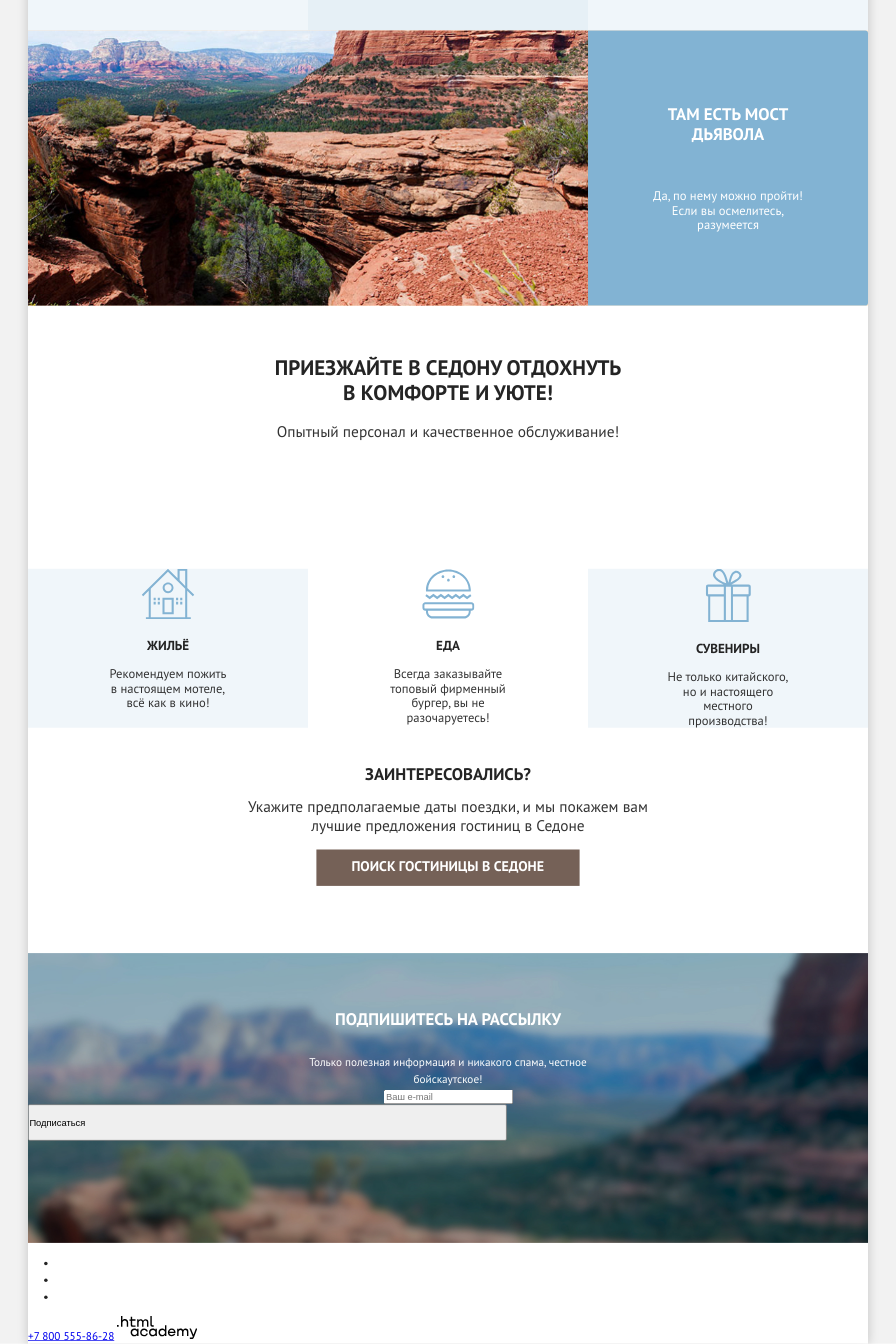
Repository: zakhgagne/2512253-sedona-1
Page: index.html
The author's editor kept a copy of each file at every save. The page is drawn from the files as they stood at one save, then again after the next save.
The browser window is 1280 px wide. The pictures show the part of the page from y = 1551 to 3471 px (the page is 3471 px tall), at 70% of full size.

Above is the page before, as saved 2024-05-11 20:20:02.

### index.html
<!DOCTYPE html>
<html lang="ru">

  <head>
    <meta charset="utf-8">
    <title>Сайт города Седона</title>
    <link rel="stylesheet" href="styles/styles.css">
  </head>

  <body>
    <div class="container">
      <header class="header">
        <a class="logo-link" href="#">
          <img class="logo-image" src="./images/logo.svg" alt="Любимая Седона" width="" height="">
        </a>
        <nav class="navigation">
          <ul class="main-menu">
            <li class="menu-item">
              <a href="./index.html" class="menu-link">Главная</a>
            </li>
            <li class="menu-item">
              <a href="#" class="menu-link">О Седоне</a>
            </li>
            <li class="menu-item">
              <a href="./catalog.html" class="menu-link">Гостиницы</a>
            </li>
          </ul>
          <ul class="user-menu">
            <li class="user-menu-item">
              <a href="#" class="user-menu-link">
                <span class="visually-hidden">Поиск</span>
              </a>
            </li>
            <li class="user-menu-item">
              <a href="#" class="user-menu-link">
                <span class="visually-hidden">Избранное</span>
                <span class="like-number">12</span>
              </a>
            </li>
            <li class="user-menu-item">
              <a href="#" class="user-menu-link">Хочу сюда!</a>
            </li>
          </ul>
        </nav>
      </header>
      <main class="main-container">
        <h1 class="visually-hidden">Cайт города Седона</h1>
        <section class="welcome">
          <h2 class="visually-hidden">Приглашение</h2>
          <img src="./images/welcome.svg" class="welcome-image" width="" height="" alt="Welcome">
        </section>

        <section class="city">
          <h2 class="city-title">Седона — небольшой городок в Аризоне, заслуживающий большего!</h2>
          <p class="city-subtitle">Рассмотрим причины, по которым Седона круче, чем Гранд-Каньон!</p>

          <ul class="reason-list">
            <li class="reason-item reason-item-special">
              <div class="reason-container">
                <h3 class="reason-title">Настоящий городок</h3>
                <p class="reason-text">Седона — не аттракцион для туристов, там течёт своя жизнь</p>
              </div>
              <img src="./images/photo-1.jpg" class="reason-image" width="" height="">
            </li>
            <li class="reason-item">
              <div class="reason-container">
                <h3 class="reason-title">Небольшая площадь</h3>
                <p class="reason-text">Все достопримечательности находятся очень близко</p>
              </div>
            </li>
            <li class="reason-item">
              <div class="reason-container">
                <h3 class="reason-title">Красивая дорога</h3>
                <p class="reason-text">Ехать в Седону из Лас-Вегаса совсем не скучно!</p>
              </div>
            </li>
            <li class="reason-item">
              <div class="reason-container">
                <h3 class="reason-title">Мало туристов</h3>
                <p class="reason-text">Большинство едет в Гранд Каньон и толпится там</p>
              </div>
            </li>
            <li class="reason-item reason-item-special">
              <img src="./images/photo-2.jpg" class="reason-image" width="" height="">
              <div class="reason-container">
                <h3 class="reason-title">Там есть мост дьявола</h3>
                <p class="reason-text">Да, по нему можно пройти! Если вы осмелитесь, разумеется</p>
              </div>
            </li>
          </ul>
        </section>

        <section class="city-welcome">
          <h2 class="desription">Приезжайте в Седону отдохнуть в комфорте и уюте!</h2>
          <p class="simple-text">Опытный персонал и качественное обслуживание!</p>
          <div class="container-city-welcome">
            <ul class="comfort-list">
              <li class="comfort-item">
                <img src="./images/advantage-icon-home.svg" class="reason-image" width="" height="">
                <h3 class="comfort-title">Жильё</h3>
                <p class="comfort-text">Рекомендуем пожить в настоящем мотеле, всё как в кино!</p>
              </li>
              <li class="comfort-item">
                <img src="./images/advantage-icon-food.svg" class="reason-image" width="" height="">
                <h3 class="comfort-title">Еда</h3>
                <p class="comfort-text">Всегда заказывайте топовый фирменный бургер, вы не разочаруетесь!</p>
              </li>
              <li class="comfort-item">
                <img src="./images/advantage-icon-gift.svg" class="reason-image" width="" height="">
                <h3 class="comfort-title">Сувениры</h3>
                <p class="comfort-text">Не только китайского, но и настоящего местного производства!</p>
              </li>
            </ul>
          </div>
        </section>

        <section class="interest">
          <h2 class="desription">Заинтересовались?</h2>
          <p class="simple-text-interest">Укажите предполагаемые даты поездки, и мы покажем вам лучшие предложения гостиниц в
            Седоне</p>
            <div class="container-button">
          <a href="#" class="button-search-motel">ПОИСК ГОСТИНИЦЫ В седоне</a>
          </div>
        </section>

      </main>

      <footer>
        <section class="news-letter">
           <div class="container-letter">
          <h2 class="desription">Подпишитесь на рассылку</h2>
          <p class="simple-text-footer">Только полезная информация и никакого спама, честное бойскаутское!</p>
          </div>
          <form class="subscribe-form" action="https://echo.htmlacademy.ru/" method="post">
            <input class="field" placeholder="Ваш e-mail" type="email" name="distribution-email" required>
            <button class="subscribe-form-button" type="submit">Подписаться</button>
          </form>
        </section>
        <div class="footer-container">
          <section class="contacts">
            <h2 class="visually-hidden">Контакты</h2>
            <ul class="contact-list">
              <li class="contact-list-item">
                <a href="#" class="contact-list-link">
                  <p class="visually-hidden">Вконтакте</p>
                </a>
              </li>
              <li class="contact-list-item">
                <a href="#" class="contact-list-link">
                  <p class="visually-hidden">Телеграм</p>
                </a>
              </li>
              <li class="contact-list-item">
                <a href="#" class="contact-list-link">
                  <p class="visually-hidden">Ютуб</p>
                </a>
              </li>
            </ul>
            <a class="footer-contacts-address-phone" href="tel:+78005558628">+7 800 555-86-28</a>
            <a class="htmlacademy-link" href="https://htmlacademy.ru/">
              <img src="./images/logo-academy.svg" width="" height="" alt="Академия">
            </a>
          </section>
        </div>
      </footer>
    </div>
  </body>

</html>

### styles/styles.css
@font-face {
  font-family: "PT Sans";
  font-style: normal;
  font-weight: 400;
  src: url("../fonts/ptsans-400.woff2") format("woff2");
  font-display: swap;
}

@font-face {
  font-family: "PT Sans";
  font-style: normal;
  font-weight: 700;
  src: url("../fonts/ptsans-700.woff2") format("woff2");
  font-display: swap;
}


body {
  margin: 0;
  font-family: "PT Sans", "Arial", sans-serif;
  font-size: 16px;
  line-height: 24px;
  color: #242424;
  background-color: #f2f2f2;
}

.visually-hidden {
  display: none;
}

.container {
  width: 1200px;
  margin: 0 auto;
  background-color: #ffffff;
  box-shadow: 0 0 15px rgba(0, 0, 0, 0.2);
}

.header {
  background-color: #ffffff;
  position: relative;
  padding: 0 68px 0 238px;
}

.logo-link {
  position: absolute;
  top: 0;
  left: 70px;
}

.logo-image {}

.navigation {
  display: flex;
  justify-content: space-between;
}

.main-menu {
  padding: 0;
  margin: 0;
  list-style: none;
  display: flex;
  width: 500px;
  flex-wrap: wrap;
}

.menu-item {}

.menu-link {
  font-size: 20px;
  font-weight: 700;
  line-height: 24px;
  color: #000000;
  text-decoration: none;
  display: block;
  padding: 20px 16px;

}

.menu-item:nth-child(1) {
  /* background-color: red; */
}

.menu-item:nth-child(2) {
  /* background-color: blue; */
}

.menu-item:nth-child(3) {
  /* background-color: red; */
}

.user-menu {
  padding: 0;
  margin: 0;
  list-style: none;
  display: flex;
}

.welcome {
  background-color: #aec5d1;
  background-image: url("../images/white-crown.svg"), url("../images/index-background.jpg");
  background-repeat: no-repeat;
  background-position: center bottom, center top;
  background-size: 1200px 57px, cover;
  padding-top: 51px;
  padding-bottom: 82px;
  min-height: 352px;
}

.welcome-image {
  display: block;
  margin: 0 auto;
}

.city {
  text-align: center;
  padding-top: 70px;
}

.city-title {
  padding: 0;
  margin: 0 auto 24px;
  font-size: 30px;
  font-weight: 700;
  line-height: 36px;
  text-transform: uppercase;
  width: 750px;

}

.city-subtitle {
  padding: 1px;
  margin: 0 auto 87px;
  font-size: 22px;
  font-weight: 400;
  line-height: 26px;
  width: 750px;
}

.reason-list {
  display: flex;
  justify-content: space-between;
  text-align: center;
  padding: 0;
  margin: 0;
  list-style: none;
  flex-wrap: wrap;
}

.reason-item {
  display: flex;
  background-color: bisque;
}

.reason-container {
  width: 400px;
  padding-top: 106px;
  padding-bottom: 105px;
}

.reason-title {
  margin: 0 auto 63px;
  padding: 0;
  font-size: 24px;
  font-weight: 700;
  line-height: 28px;
  width: 175px;
  text-transform: uppercase;

}

.reason-text {
  padding: 0;
  margin: 0 auto;
  font-size: 18px;
  font-weight: 400;
  line-height: 21px;
  width: 231px;
}

.reason-item:nth-child(2n) {
  background-color: #f0f6fa;
}

.reason-item:nth-child(3n) {
  background-color: #e6f0f6;
}

.reason-item-special .reason-container {
  background-color: #82B3D3;
  border-radius: 0px 4px 4px 0px;
  color: #FFFFFF;

}

.comfort-list {
  display: flex;
  justify-content: space-between;
  text-align: center;
  padding: 0;
  margin: 0;
  list-style: none;
}

.comfort-item {
  width: 400px;
}

.comfort-item:nth-child(even) {
  background-color: #ffffff;
}

.comfort-item:nth-child(odd) {
  background-color: #f0f6fa;
}

.interest {
  text-align: center;
  margin: 54px auto;
  height: 214px;
  width: 592px;
}

.desription {
  padding: 0;
  margin: 0;
  text-transform: uppercase;
}

.footer-container {
  display: flex;
  margin: 0 auto;
}


.news-letter {
  background-image: url("../images/subscribe.jpg");
  background-repeat: no-repeat;
  min-height: 414px;
  text-align: center;

  /*width: 684px;*/
}

.city-welcome {
  text-align: center;
  padding-top: 70px;
}

.city-welcome .desription {
  padding: 0;
  margin: 0 auto 24px;
  font-size: 30px;
  font-weight: 700;
  line-height: 36px;
  text-transform: uppercase;
  width: 500px;
}

.simple-text {

  padding: 0;
  margin: 0 auto;
  width: 490px;
  height: 70px;

  /* Texts/Text basic */
  font-weight: 400;
  font-size: 22px;
  line-height: 26px;
  /* identical to box height, or 118% */
  /* Texts/second */
  color: #333333;
}

.container-city-welcome {

  text-align: center;
  padding-top: 140px;
}

.comfort-text {
  font-weight: 400;
  font-size: 18px;
  line-height: 21px;
  color: #333333;
  flex: none;
  order: 2;
  align-self: stretch;
  flex-grow: 0;
  width: 175px;
  margin: 0 auto;
  padding: 0;
}

.comfort-title {
  text-transform: uppercase;
}



/* Укажите предполагаемые даты поездки, и мы покажем вам лучшие предложения гостиниц в Седоне */
.simple-text-interest {
  width: 592px;
  height: 52px;
  /* Texts/Text basic */
  font-family: 'PT Sans';
  font-style: normal;
  font-weight: 400;
  font-size: 22px;
  line-height: 26px;
  /* or 118% */
  text-align: center;

  /* Texts/second */
  color: #333333;

  /* Inside auto layout */
  flex: none;
  order: 1;
  flex-grow: 0;
}

.container-button {
  /* Кнопка */
  width: 376px;
  height: 52px;
  color: #FFFFFF;
  /* Inside auto layout */
  flex: none;
  order: 1;
  flex-grow: 0;
  margin: 0 auto 0;
  padding: 0;
  padding-top: 10;
  background-color: #756157;

}

.button-search-motel {
  margin: auto;
  padding-top: 5px;
  width: 276px;
  height: 36px;

  /* Buttons/Button big */
  font-family: 'PT Sans';
  font-style: normal;
  font-weight: 700;
  font-size: 20px;
  line-height: 36px;
  /* identical to box height, or 180% */
  display: flex;
  align-items: center;
  text-align: center;
  text-transform: uppercase;
  text-decoration: none;
  /* Texts/background/deafault */
  color: #FFFFFF;


  /* Inside auto layout */
  flex: none;
  order: 0;
  flex-grow: 0;
}

.container-letter {
  /* Frame 29 */

  /* Auto layout */
  display: flex;
  flex-direction: column;
  align-items: center;
  padding: 0 px;
  gap: 20px;

  width: 475px;
  height: 108.86px;


  /* Inside auto layout */
  flex: none;
  order: 0;
  flex-grow: 0;
  color: #FFFFFF;
  margin: 0 auto 0;
  padding-top: 83px;
}
.subscribe-form-button
{
/* Frame 25 */

  /* Auto layout */
  display: flex;
  align-items: center;
  padding: 0px;

  width: 684px;
  height: 52px;


  /* Inside auto layout */
  flex: none;
  order: 1;
  flex-grow: 0;


}

After the next save:
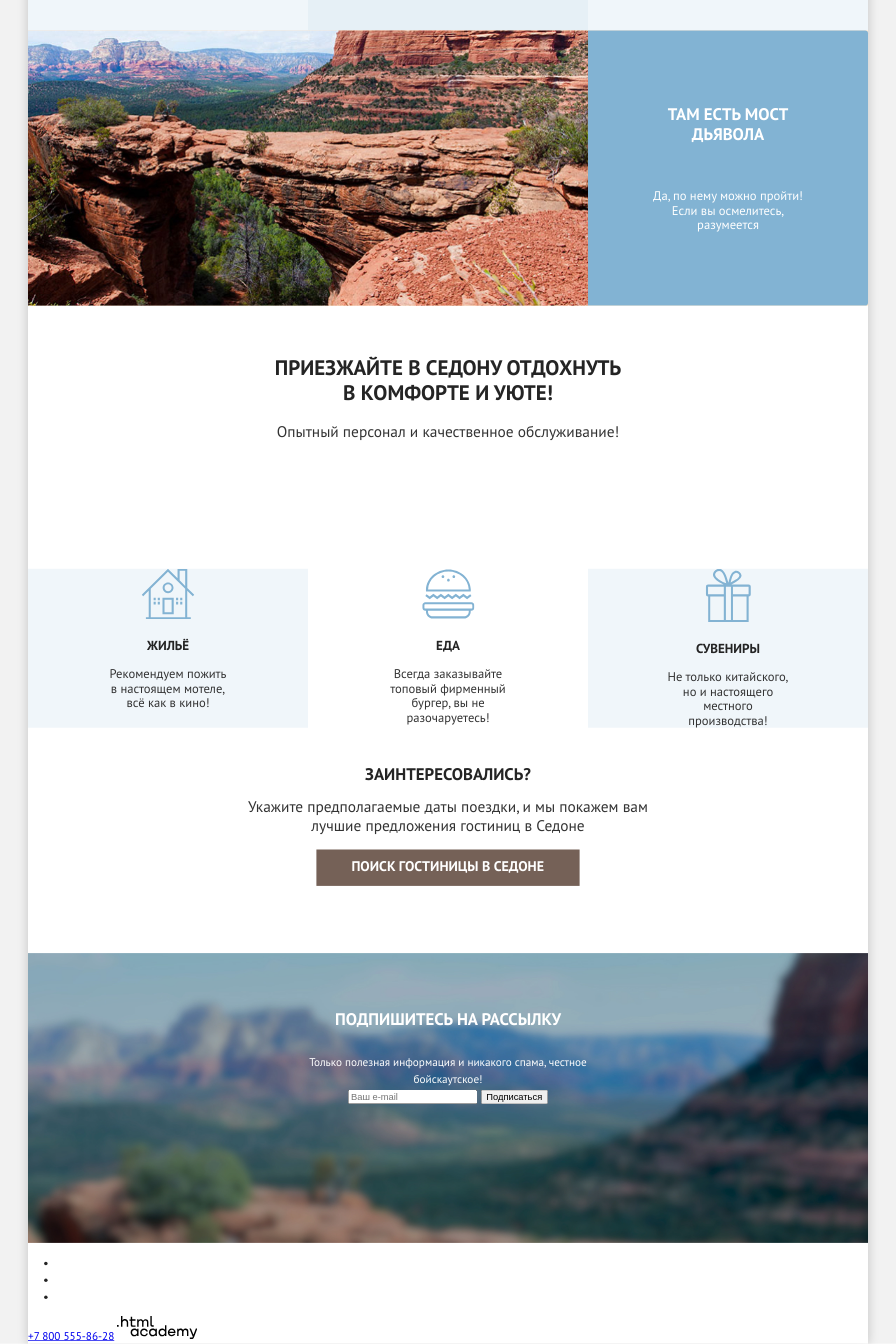
Saved 14 s later.
--- a/styles/styles.css
+++ b/styles/styles.css
@@ -388,21 +388,5 @@ body {
 }
 .subscribe-form-button
 {
-/* Frame 25 */
-
-  /* Auto layout */
-  display: flex;
-  align-items: center;
-  padding: 0px;
-
-  width: 684px;
-  height: 52px;
-
-
-  /* Inside auto layout */
-  flex: none;
-  order: 1;
-  flex-grow: 0;
-
-
-}
+
+}
